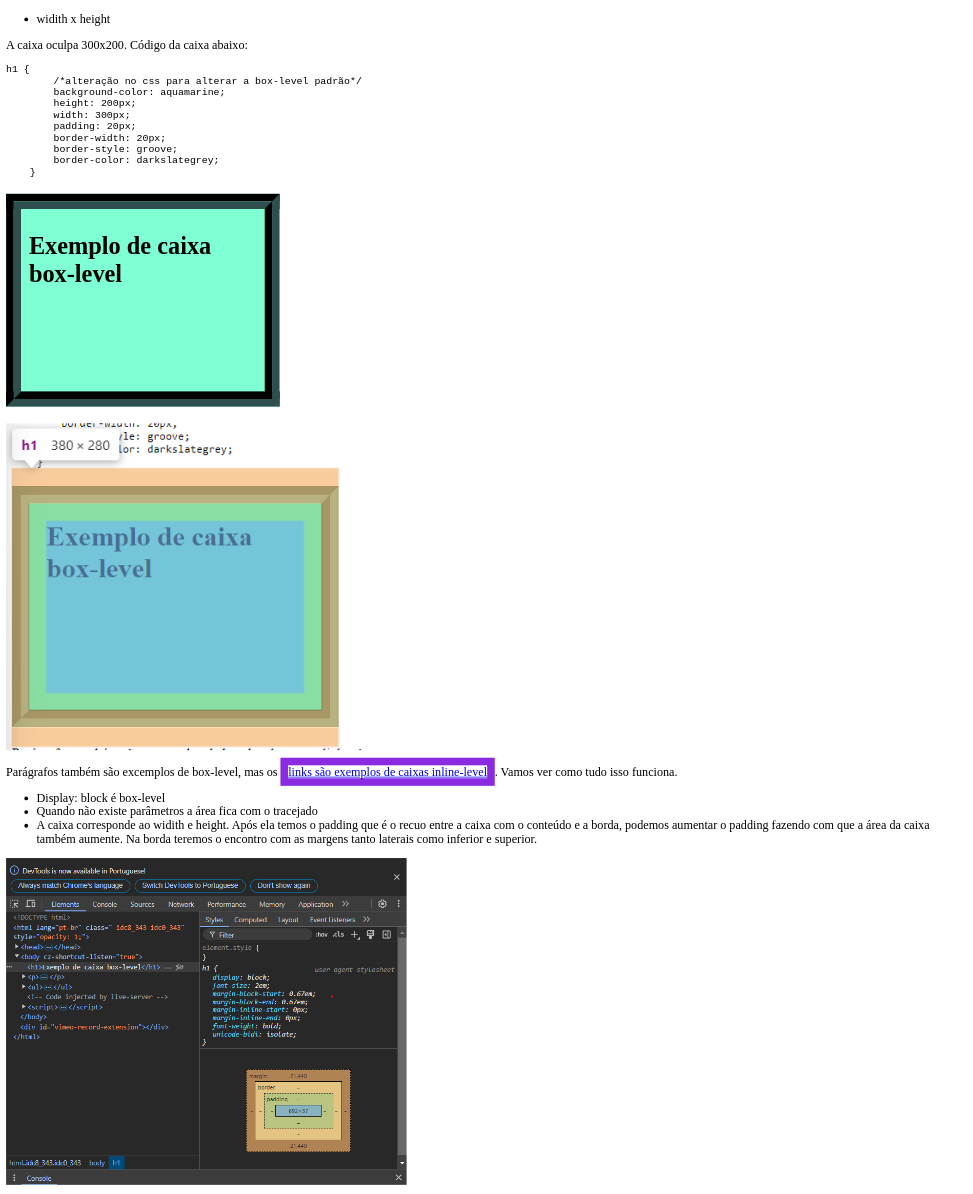
Repository: Willcmorais/vscode-workspace
Page: html-css/curso-em-video/modulo02/estudos/ex026-caixas/caixa01.html
An editor plug-in stored every save of this project. The page is shown before and after the next save, followed by the edit.
The browser window is 1280 px wide. The pictures show the whole page, at 76% of full size.

Above is the page before, as saved 2024-09-24 10:51:58.

### html-css/curso-em-video/modulo02/estudos/ex026-caixas/caixa01.html
<!DOCTYPE html>
<html lang="pt-br">

<head>
    <meta charset="UTF-8">
    <meta name="viewport" content="width=device-width, initial-scale=1.0">
    <link rel="stylesheet" href="style.css">
    <title>Modelo de Caixas</title>
</head>

<body>
    <ul>
        <li>widith x height</li>
    </ul>
    <p>A caixa oculpa 300x200. Código da caixa abaixo:</p>
    <pre><code>h1 {
        /*alteração no css para alterar a box-level padrão*/
        background-color: aquamarine;
        height: 200px;
        width: 300px;
        padding: 20px;
        border-width: 20px;
        border-style: groove;
        border-color: darkslategrey;
    }</code></pre>
    <h1>Exemplo de caixa box-level</h1>
    <img src="imgs/img2.png" alt="detalhes">
    <p>
        Parágrafos também são excemplos de box-level, mas os <a href="#">links são exemplos de caixas inline-level</a>.
        Vamos ver como tudo isso funciona.</p>
    <ul>
        <li>Display: block é box-level</li>
        <li>Quando não existe parâmetros a área fica com o tracejado</li>
        <li>A caixa corresponde ao widith e height. Após ela temos o padding que é o recuo entre a caixa com o conteúdo
            e a borda, podemos aumentar o padding fazendo com que a área da caixa também aumente. Na borda teremos o
            encontro com as margens tanto laterais como inferior e superior.</li>
    </ul>

    <img src="imgs/img1.png" alt="devltools caixas">
</body>

</html>

### html-css/curso-em-video/modulo02/estudos/ex026-caixas/style.css
@charset "utf8";

h1 {
    /*alteração no css para alterar a box-level padrão*/
    background-color: aquamarine;
    height: 200px;
    width: 300px;
    /*padding deve ser colocado para todos os lados seguindo o sentido de top right bottom left*/
    padding-top: 30px;
    padding-right: 10px;
    padding-bottom: 10px;
    padding-left: 10px;
    /*padding: 20px;*/
    border-width: 20px;
    border-style: groove;
    border-color: darkslategrey;
}

/*parâmetro em css para a ancora*/
a {
    border-width: 10px;
    border-style: solid;
    border-color: blueviolet;
}

img {
    height: 430px;
}

After the next save:
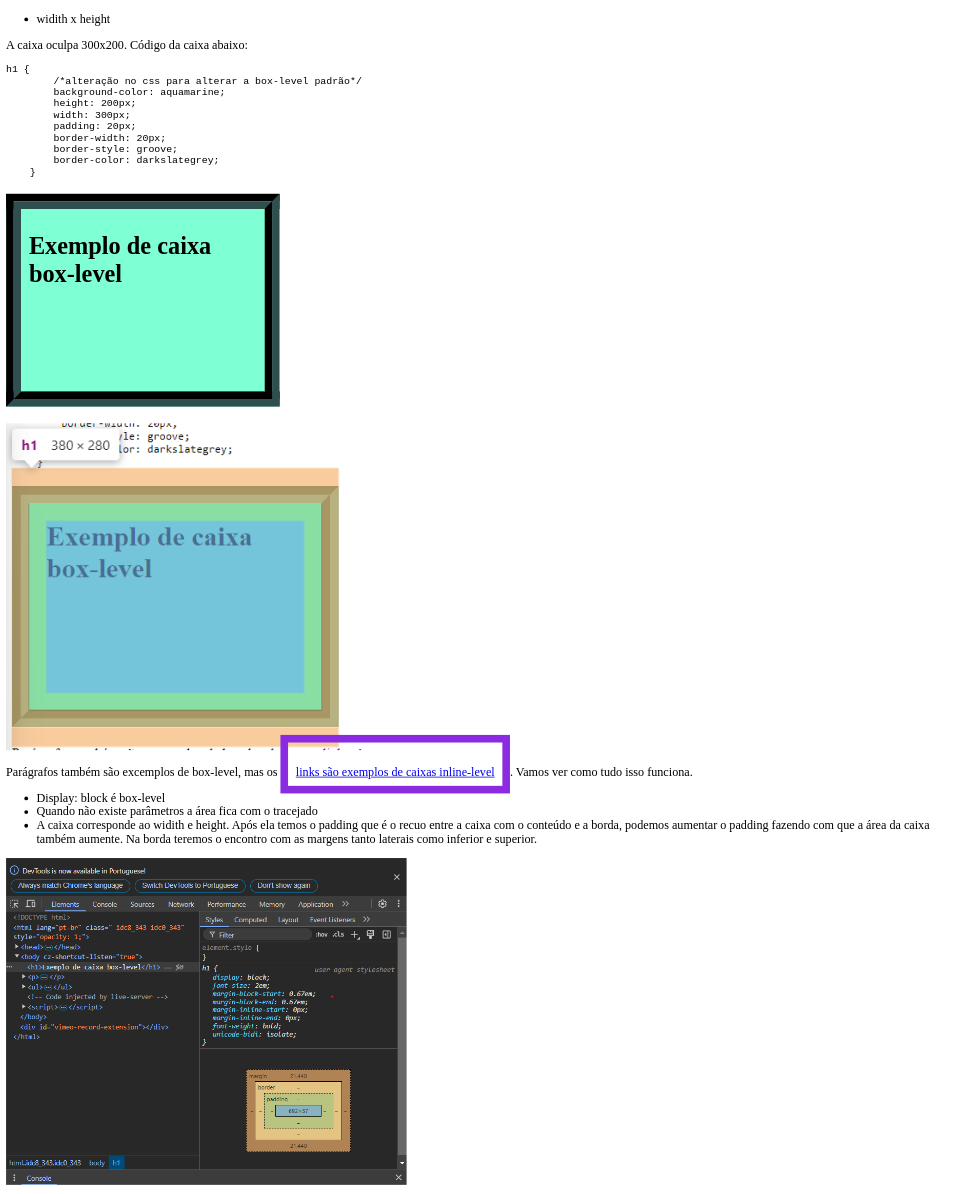
Saved 22 s later.
--- a/html-css/curso-em-video/modulo02/estudos/ex026-caixas/style.css
+++ b/html-css/curso-em-video/modulo02/estudos/ex026-caixas/style.css
@@ -21,6 +21,10 @@ a {
     border-width: 10px;
     border-style: solid;
     border-color: blueviolet;
+    padding-top: 30px;
+    padding-right: 10px;
+    padding-bottom: 10px;
+    padding-left: 10px;
 }
 
 img {
